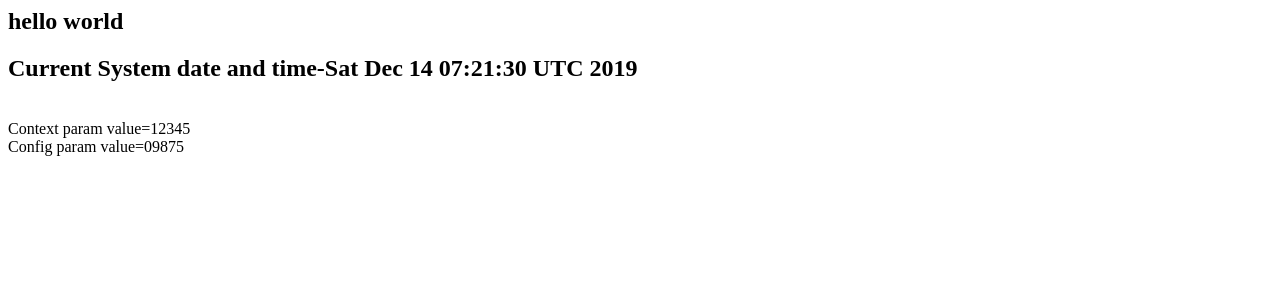
Repository: sunilbiradar179/TY_CG_HTD_BangaloreNovember_JFS_SunilBiradar
Page: http://localhost/mywebapp/include
An editor plug-in stored every save of this project. The page is shown before and after the next save, followed by the edit.
The browser window is 1280 px wide. The pictures show the whole page.
The page is served by Tomcat 9. Other server files are loaded and not shown.

Above is the page before, as saved 2019-12-16 10:27:23.

### Back End/Servlets/mywebapp/src/main/java/com/capgmini/mywebapp/servlets/IncludeServlet.java
package com.capgmini.mywebapp.servlets;

import java.io.IOException;
import java.io.PrintWriter;

import javax.servlet.RequestDispatcher;
import javax.servlet.ServletException;
import javax.servlet.annotation.WebServlet;
import javax.servlet.http.HttpServlet;
import javax.servlet.http.HttpServletRequest;
import javax.servlet.http.HttpServletResponse;

@WebServlet("/include")
public class IncludeServlet extends HttpServlet
{
	@Override
	protected void doGet(HttpServletRequest req, HttpServletResponse resp) throws ServletException, IOException {
		String url="./currentDate";


		//we are including hello world in currentDate page
		resp.setContentType("text/html");
		PrintWriter out=resp.getWriter();
		out.print("<html>");
		out.print("<body>");
		out.print("<h2> hello world</h2>");
		out.print("</body>");
		out.print("<html>");

		RequestDispatcher dispatcher=req.getRequestDispatcher(url);
		dispatcher.include(req, resp);
	}

}

After the next save:
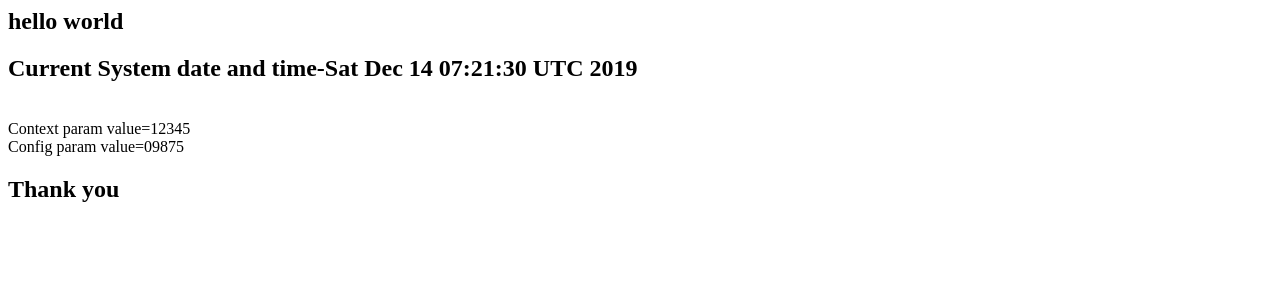
Saved 68 s later.
--- a/Back End/Servlets/mywebapp/src/main/java/com/capgmini/mywebapp/servlets/IncludeServlet.java
+++ b/Back End/Servlets/mywebapp/src/main/java/com/capgmini/mywebapp/servlets/IncludeServlet.java
@@ -24,11 +24,14 @@ public class IncludeServlet extends HttpServlet
 		out.print("<html>");
 		out.print("<body>");
 		out.print("<h2> hello world</h2>");
+
+		RequestDispatcher dispatcher=req.getRequestDispatcher(url);
+		dispatcher.include(req, resp);
+
+		out.print("<h2> Thank you</h2>");
 		out.print("</body>");
 		out.print("<html>");
 
-		RequestDispatcher dispatcher=req.getRequestDispatcher(url);
-		dispatcher.include(req, resp);
 	}
 
 }
